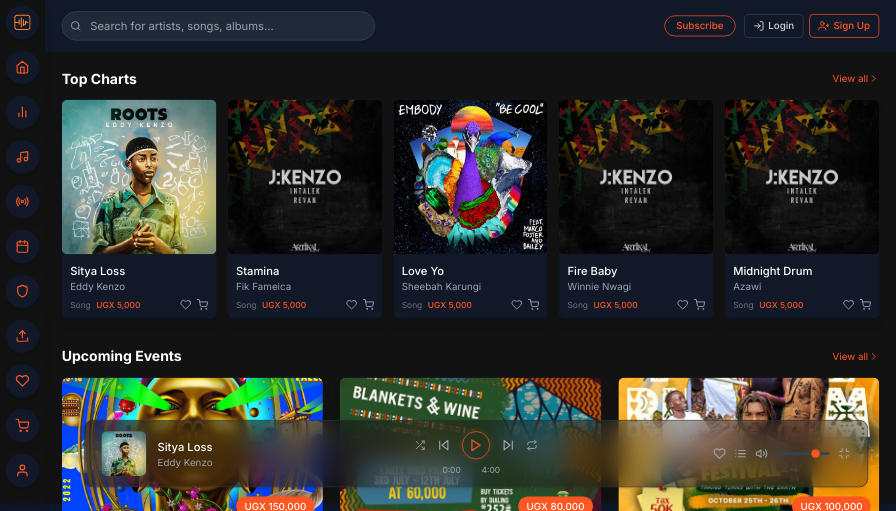
Repository: kaizoku010/sauti-box
Page: /
These files come from the project's save history. The page is drawn as it stood at one moment and after the next save; the edit follows.
The browser window is 1280 px wide. The pictures show the part of the page from y = 0 to 1920 px (the page is 730 px tall before and 2669 px after), at 70% of full size.
An inner scrolling area shows only its first screen. The project was rebuilt for these pictures with package versions that can differ from the ones it lists, and the page was loaded fresh each time. The framework's server and built-in components were replaced by stand-ins that run in the browser. Also part of the build but not shown: next.config.mjs, next.config.ts, src/components/PaymentModal.tsx.

Above is the page before, as saved 2025-04-20 20:48:53.

After the next save:
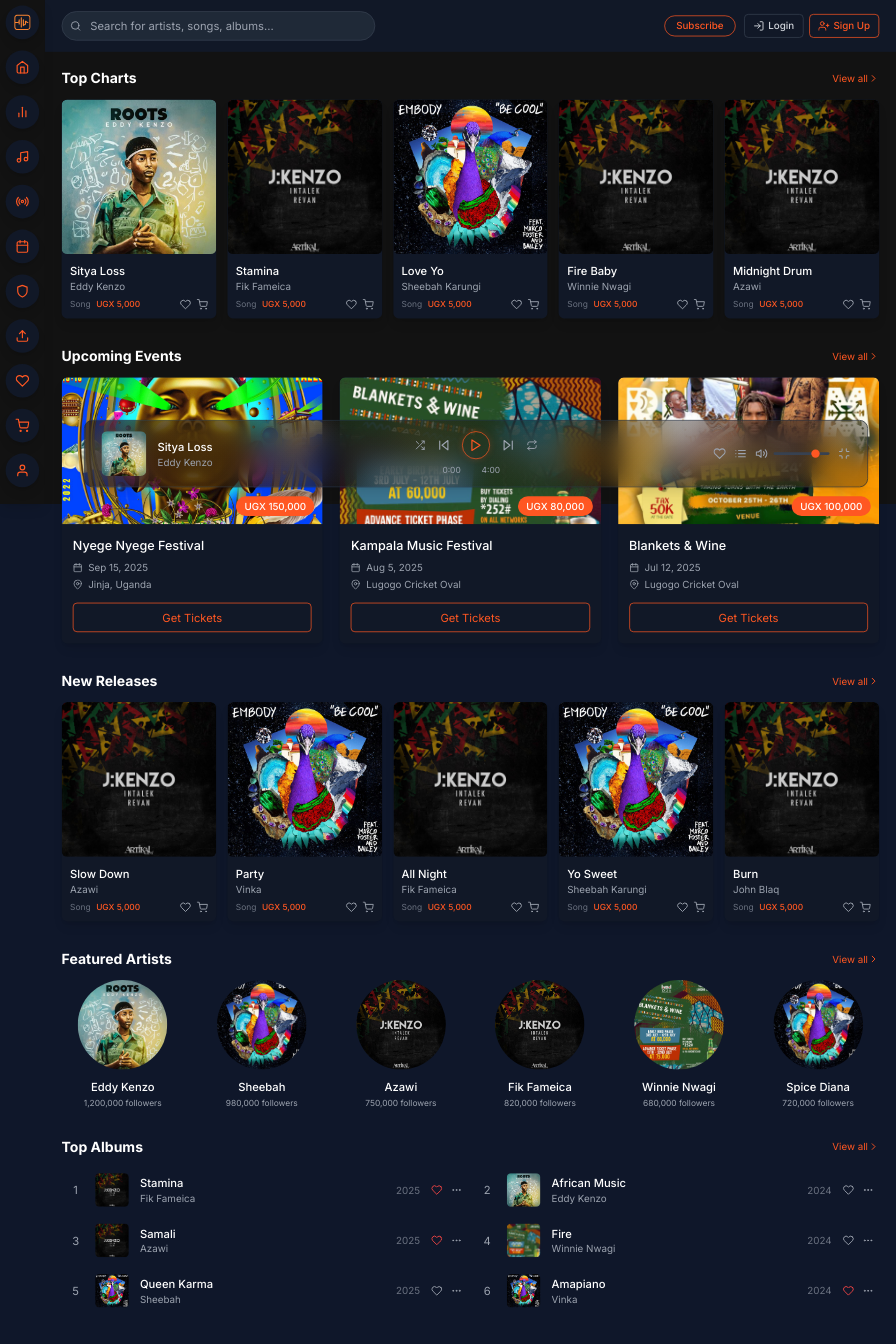
Saved 24 s later.
--- a/src/components/MainLayout.tsx
+++ b/src/components/MainLayout.tsx
@@ -47,7 +47,7 @@
       <div className={`flex-1 ${!isMobile ? 'ml-16' : 'ml-0'}`}>
         <Header />
 
-        <main className="p-6 overflow-y-auto h-[calc(100vh-64px)]">
+        <main className="p-6  h-[calc(100vh-64px)]">
           {children}
         </main>
 
